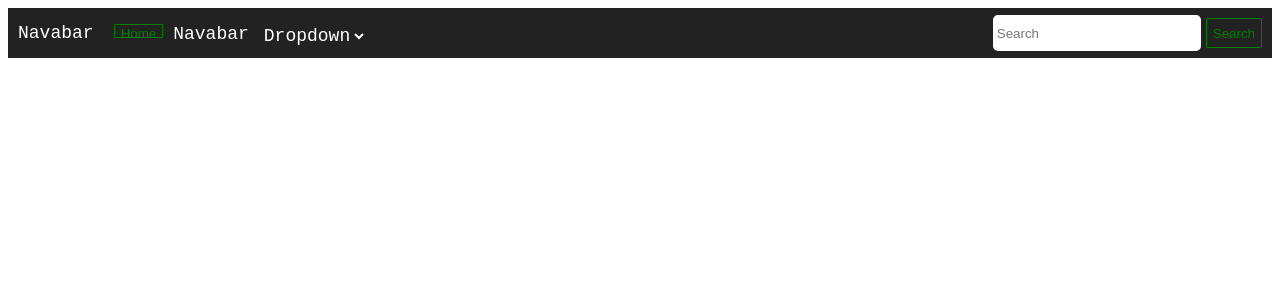
Repository: CryptoFamilyNFT/develhope
Page: html/svg.html
These files come from the project's save history. The page is drawn as it stood at one moment and after the next save; the edit follows.
The browser window is 1280 px wide. The pictures show the whole page.

Above is the page before, as saved 2024-11-02 10:39:56.

After the next save:
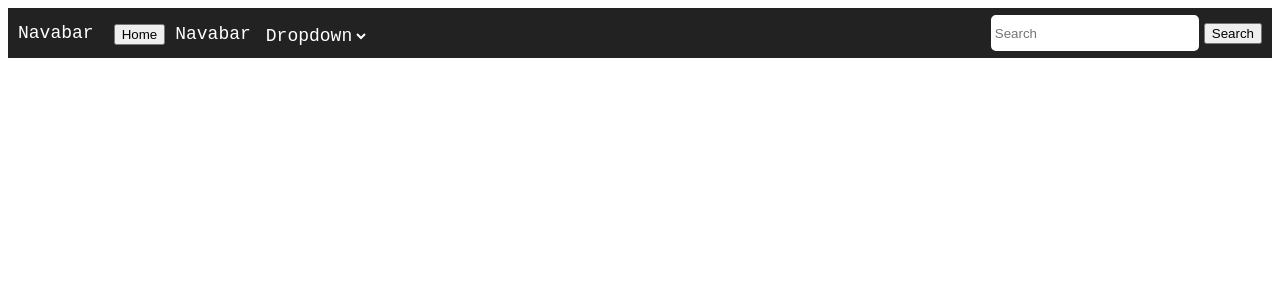
Saved 48 s later.
--- a/html/svg.html
+++ b/html/svg.html
@@ -53,7 +53,7 @@
         min-width: 200px;
     }
 
-    button {
+    .buttonSearch {
         height: 60%;
         background-color: transparent;
         border: 1px solid green;
